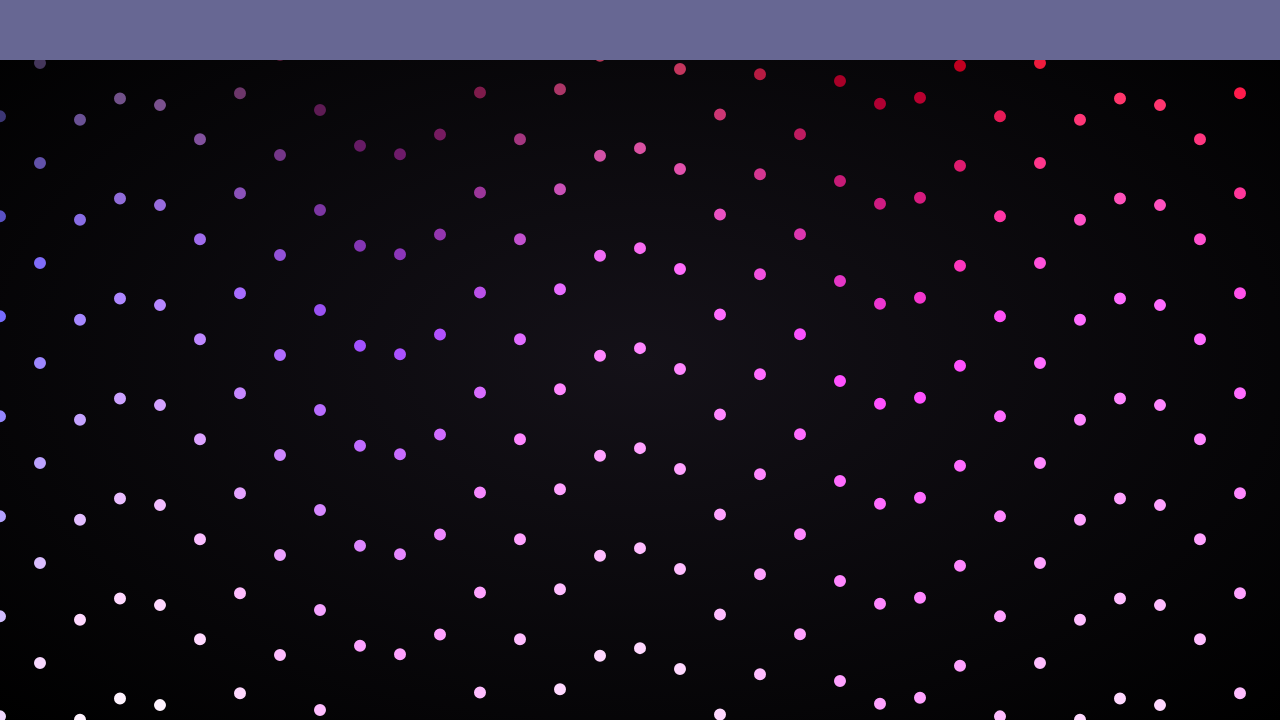
Repository: Iban-del/ProjetBacIban
Page: index.html
The author's editor kept a copy of each file at every save. The page is drawn from the files as they stood at one save, then again after the next save.
The browser window is 1280 px wide. The pictures show the whole page.

Above is the page before, as saved 2025-02-19 19:53:57.

After the next save:
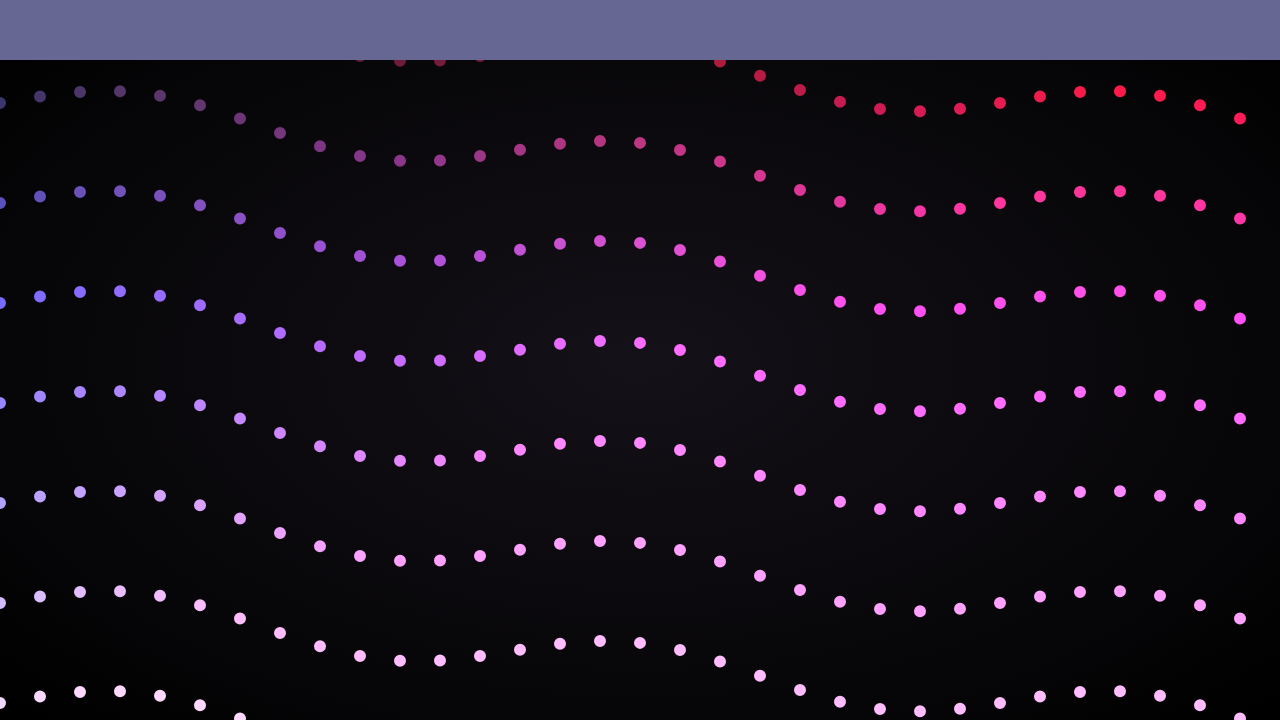
Saved 33 s later.
--- a/js/background.js
+++ b/js/background.js
@@ -128,7 +128,7 @@ function init(){
         const ctx = canvas.getContext('2d');
 
         canvasStyle(canvas);
-        animateBackground(ctx,canvas,100)
+        animateBackground(ctx,canvas,Math.PI)
 
     }
 }
